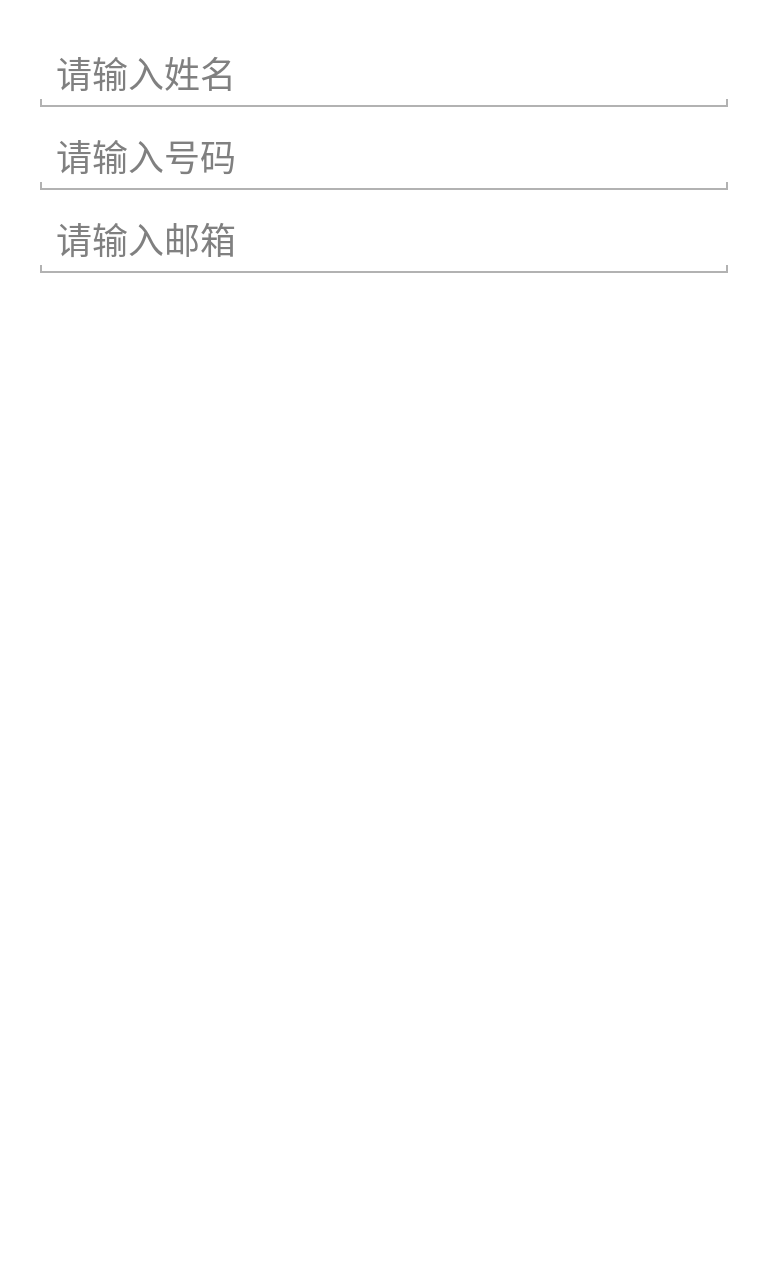
Repository: xfhy/Usually-learn-Android
Layout: ContentProvider 内容提供者/6.插入联系人信息/res/layout/activity_main.xml
These files come from the project's save history. The layout is drawn as it stood at one moment and after the next save; the edit follows.
It is drawn on a 768 x 1280 px phone screen (xhdpi) without system bars, with theme AppTheme; the app's code is not run.

Above is the layout before, as saved 2017-02-05 13:22:48.

### ContentProvider 内容提供者/6.插入联系人信息/res/layout/activity_main.xml
<LinearLayout xmlns:android="http://schemas.android.com/apk/res/android"
    xmlns:tools="http://schemas.android.com/tools"
    android:layout_width="match_parent"
    android:layout_height="match_parent"
    android:orientation="vertical"
    android:paddingBottom="@dimen/activity_vertical_margin"
    android:paddingLeft="@dimen/activity_horizontal_margin"
    android:paddingRight="@dimen/activity_horizontal_margin"
    android:paddingTop="@dimen/activity_vertical_margin"
    tools:context="com.itheima.insertcontactdb.MainActivity$PlaceholderFragment" >

    <EditText
        android:id="@+id/et_name"
        android:layout_width="fill_parent"
        android:layout_height="wrap_content"
        android:hint="请输入姓名" />

    <EditText
        android:id="@+id/et_phone"
        android:layout_width="fill_parent"
        android:layout_height="wrap_content"
        android:inputType="phone"
        android:hint="请输入号码" />

    <EditText
        android:id="@+id/et_email"
        android:layout_width="fill_parent"
        android:layout_height="wrap_content"
        android:inputType="textEmailAddress"
        android:hint="请输入邮箱" />



</LinearLayout>

Loaded but not shown: ContentProvider 内容提供者/6.插入联系人信息/res/values/styles.xml (common file); ContentProvider 内容提供者/6.插入联系人信息/res/values-v11/styles.xml (common file); ContentProvider 内容提供者/6.插入联系人信息/res/values-v14/styles.xml (common file); ContentProvider 内容提供者/6.插入联系人信息/res/values/dimens.xml (common file); ContentProvider 内容提供者/6.插入联系人信息/res/values-w820dp/dimens.xml (common file)

After the next save:
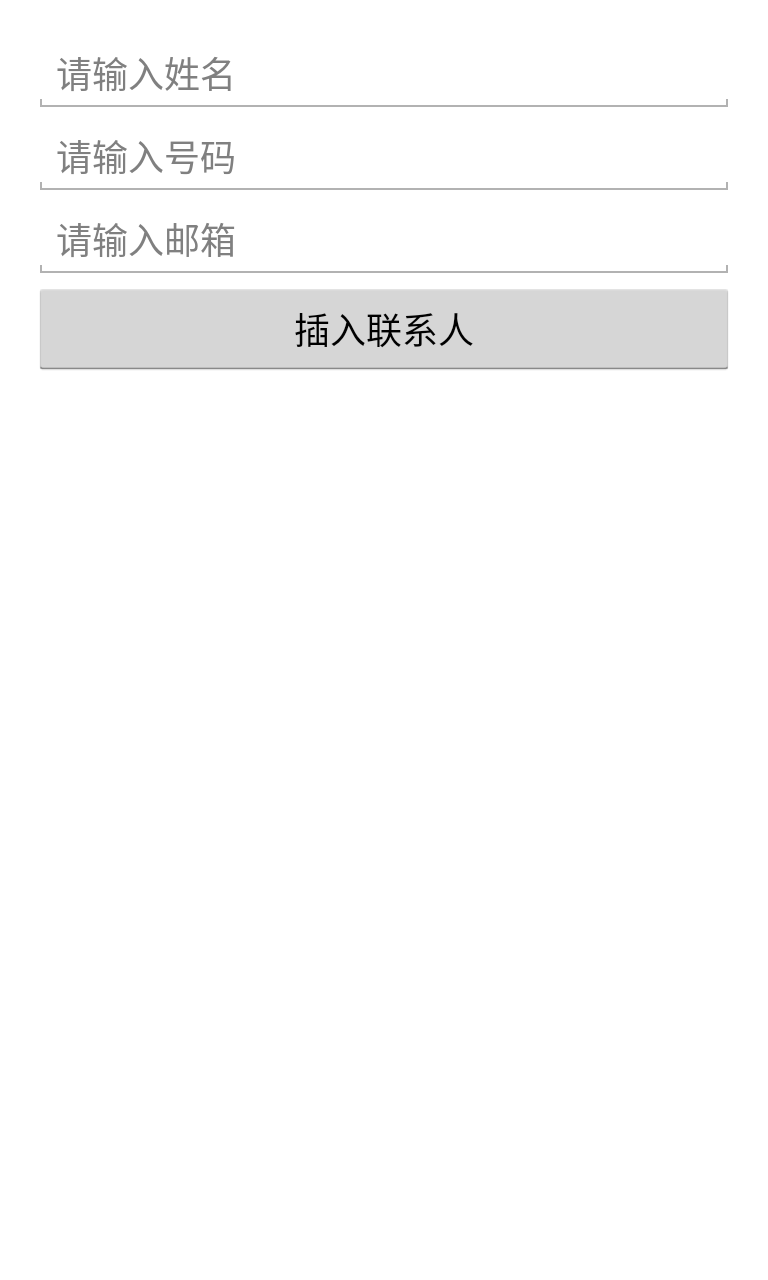
Saved 26 s later.
--- a/ContentProvider 内容提供者/6.插入联系人信息/res/layout/activity_main.xml
+++ b/ContentProvider 内容提供者/6.插入联系人信息/res/layout/activity_main.xml
@@ -29,6 +29,10 @@
         android:inputType="textEmailAddress"
         android:hint="请输入邮箱" />
 
-
+    <Button
+        android:id="@+id/bt_insert"
+        android:layout_width="fill_parent"
+        android:layout_height="wrap_content"
+        android:text="插入联系人"/>
 
 </LinearLayout>
